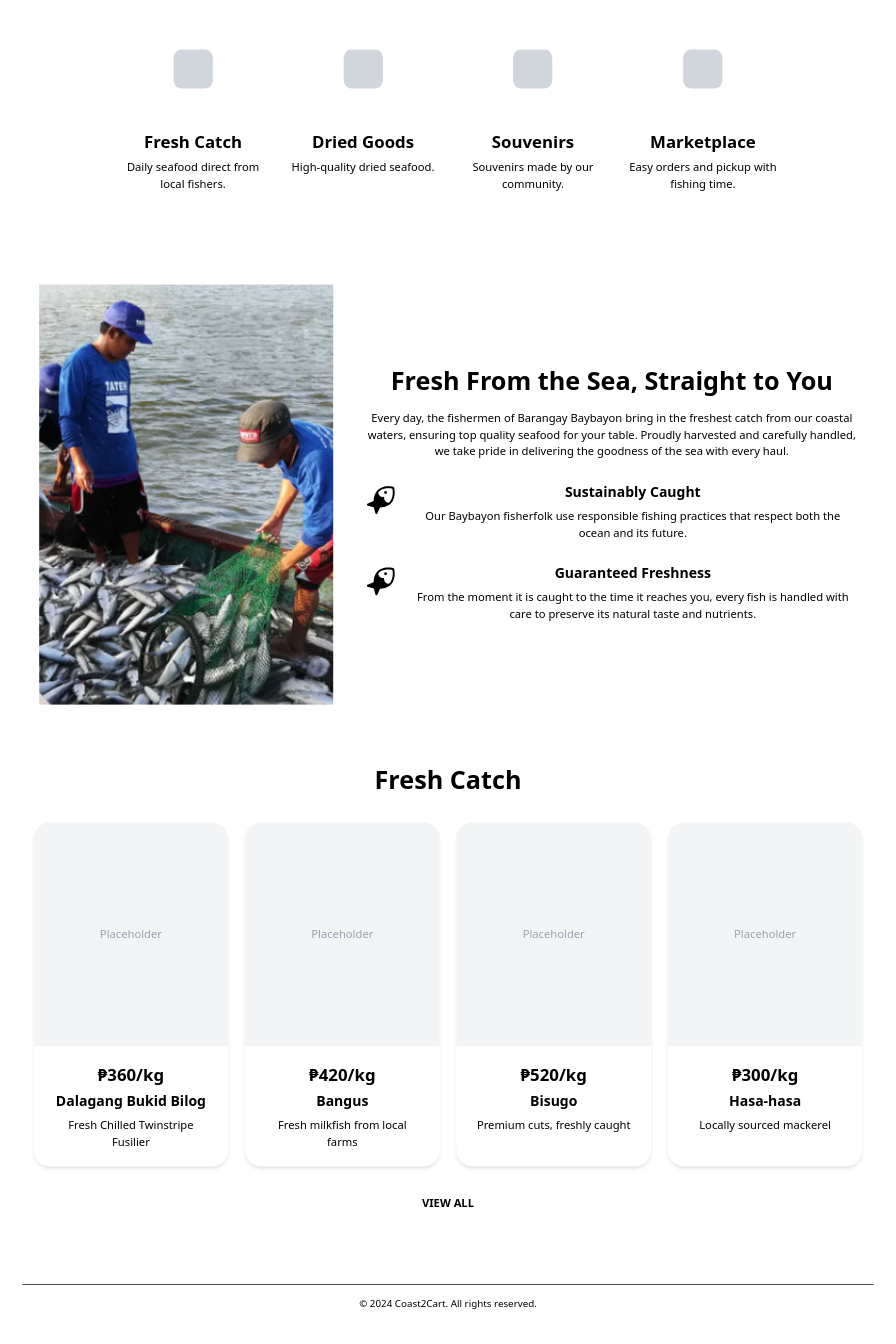
Repository: Coast2Card/coast2cart-frontend
Page: /
These files come from the project's save history. The page is drawn as it stood at one moment and after a run of saves; the edit follows.
The browser window is 1280 px wide. The pictures show the part of the page from y = 1041 to 2961 px (the page is 2961 px tall before and 2953 px after), at 70% of full size.
The project was rebuilt for these pictures with package versions that can differ from the ones it lists, and the page was loaded fresh each time. Also part of the build but not shown: vite.config.js, src/pages/Seafood.jsx, src/pages/Souvenirs.jsx, src/pages/About.jsx, src/pages/Cart.jsx, src/pages/Profile.jsx, src/pages/Colors.jsx.

Above is the page before, as saved 2025-09-08 14:03:37.

### index.html
<!DOCTYPE html>
<html lang="en" data-theme="coast2cart">
  <head>
    <meta charset="UTF-8" />
    <!-- <link rel="icon" type="image/svg+xml" href="/vite.svg" /> -->
    <meta name="viewport" content="width=device-width, initial-scale=1.0" />
    <title>Coast2Cart</title>
  </head>
  <body>
    <div id="root"></div>
    <script type="module" src="/src/main.jsx"></script>
  </body>
</html>

### src/App.jsx
import { Routes, Route } from "react-router-dom";
import Layout from "./components/Layout";
import Home from "./pages/Home";
import Seafood from "./pages/Seafood";
import Souvenirs from "./pages/Souvenirs";
import About from "./pages/About";
import Cart from "./pages/Cart";
import Profile from "./pages/Profile";
import Colors from "./pages/Colors";
import "./App.css";

function App() {
  return (
    <Routes>
      {/* Routes with shared layout */}
      <Route path="/" element={<Layout />}>
        <Route index element={<Home />} />
        <Route path="seafood" element={<Seafood />} />
        <Route path="souvenirs" element={<Souvenirs />} />
        <Route path="about" element={<About />} />
        <Route path="cart" element={<Cart />} />
        <Route path="profile" element={<Profile />} />
        <Route path="colors" element={<Colors />} />
      </Route>
    </Routes>
  );
}

export default App;

### src/components/Layout.jsx
import { Outlet } from "react-router-dom";
import Navbar from "./Navbar";

const Layout = () => {
  return (
    <div className="min-h-screen bg-base-200">
      {/* Navigation Header */}
      <Navbar />

      {/* Main Content */}
      <main className=" mx-auto  ">
        <Outlet />
      </main>

      {/* Footer */}
      <footer className="bg-base-100 border-t border-base-300 mt-auto">
        <div className="max-w-7xl mx-auto py-4 px-4 sm:px-6 lg:px-8">
          <p className="text-center text-base-content/70 text-sm">
            © 2024 Coast2Cart. All rights reserved.
          </p>
        </div>
      </footer>
    </div>
  );
};

export default Layout;

### src/pages/Home.jsx
import homeBanner from "../assets/images/home_banner.jpg";
import baybayonLogo from "../assets/logos/c2c_white_transparent.png";
import fish1 from "../assets/images/home_fish1.png";
import fish2 from "../assets/images/home_fish2.png";
import fish3 from "../assets/images/home_fish3.png";
import fish4 from "../assets/images/home_fish4.png";
import fish5 from "../assets/images/home_fish5.png";
import HomeFeatures from "../components/home/HomeFeatures";
import HomeFreshCatch from "../components/home/HomeFreshCatch";
import HomeGallery from "../components/home/HomeGallery";
const Home = () => {
  return (
    <main className="relative overflow-x-hidden">
      {/* Home Banner */}
      <section className="w-full h-135 sm:h-[70vh] md:h-185 relative">
        <img
          src={homeBanner}
          alt="Home Banner"
          className="w-full h-full object-cover relative z-4"
          onError={(e) => {
            console.log("Image failed to load:", homeBanner);
            e.target.style.display = "none";
          }}
          onLoad={() => console.log("Image loaded successfully:", homeBanner)}
        />

        <div className="absolute inset-0 bg-black opacity-60 z-10"></div>

        <div className="absolute inset-0 z-20 flex items-start py-20 justify-center">
          <div className="text-center text-white">
            <h1 className="text-xl sm:text-2xl  font-extrabold font-display mb-[-15px] sm:mb-[-30px] md:mb-[-35px] lg:mb-[-30px]">
              Sea the best of Baybayon, from
            </h1>
            <img
              className="w-6/8 max-w-120 sm:w-6/8 md:4/8 lg:3/8 md:max-w-170 h-auto mx-auto "
              src={baybayonLogo}
            />
            <button className="mt-0 sm:mt-[-10px] b-20 bg-secondary text-primary uppercase px-6 py-2 rounded-full text-md sm:text-lg font-semibold hover:bg-secondary/90 transition-colors">
              Shop Now
            </button>
          </div>
        </div>
      </section>
      <section className=" relative overflow-hidden w-[140vw] flex items-center justify-center gap-4 sm:gap-6 mb-25   z-30 -mt-51 md:-mt-75 lg:-mt-75 left-1/2 -translate-x-1/2">
        <img
          src={fish1}
          alt="Fish 1"
          className="min-w-20 h-40 md:w-65 md:h-75  object-cover rounded-2xl"
        />
        <img
          src={fish2}
          alt="Fish 2"
          className="min-w-35 h-55  md:w-80 md:h-85 object-cover rounded-2xl"
        />
        <img
          src={fish3}
          alt="Fish 3"
          className="min-w-46 h-70 md:w-95 md:h-100 object-cover rounded-2xl"
        />
        <img
          src={fish4}
          alt="Fish 4"
          className="min-w-35 h-55 md:w-80 md:h-85 object-cover rounded-2xl"
        />
        <img
          src={fish5}
          alt="Fish 5"
          className="min-w-20 h-40 md:w-65 md:h-75 object-cover rounded-2xl"
        />
      </section>
      <section className="max-w-8xl mx-auto p-4 flex flex-col">
        <HomeFeatures className="mb-25" />
        <HomeGallery />
        <HomeFreshCatch />
      </section>
    </main>
  );
};

export default Home;

### src/components/Navbar.jsx
import { Link, useLocation } from "react-router-dom";
import { useState } from "react";
import { navLinks } from "../data/navigation";
import c2cLogo from "../assets/logos/c2c_transparent.png";
import searchIcon from "../assets/icons/search.png";
import cartIcon from "../assets/icons/cart.png";
import profileIcon from "../assets/icons/profile.png";
import commentIcon from "../assets/icons/comment.png";
const Navbar = () => {
  const location = useLocation();
  const [isMobileMenuOpen, setIsMobileMenuOpen] = useState(false);

  const isActive = (path) => {
    return location.pathname === path;
  };

  const toggleMobileMenu = () => {
    setIsMobileMenuOpen(!isMobileMenuOpen);
  };

  const closeMobileMenu = () => {
    setIsMobileMenuOpen(false);
  };

  return (
    <nav className="bg-base-300 shadow-lg py-2 sticky top-0 z-50">
      <div className="mx-auto px-6 sm:px-6 lg:px-8">
        <div className="flex justify-between h-16">
          <div className="flex items-center">
            <Link to="/" className="flex-shrink-0">
              <img src={c2cLogo} alt="Coast2Cart" className="h-17" />
            </Link>
          </div>

          {/* Desktop Navigation */}
          <div className="hidden md:flex items-center space-x-8">
            {navLinks.map((link) => (
              <Link
                key={link.path}
                to={link.path}
                className={`px-3 py-2 rounded-md text-md font-bold transition-colors ${
                  isActive(link.path)
                    ? " text-accent after:content-[''] after:block after:w-full after:h-0.5 after:bg-accent after:rounded-full"
                    : "text-black hover:text-primary hover:bg-base-200"
                }`}
              >
                {link.label}
              </Link>
            ))}
          </div>

          {/* Desktop Icons - Hidden on mobile */}
          <div className="hidden md:flex items-center gap-4 lg:gap-6">
            <img
              src={searchIcon}
              alt="Search"
              className="h-5 w-5 lg:h-5.5 lg:w-5.5 hover:cursor-pointer hover:opacity-60 transition-opacity duration-300"
            />
            <img
              src={commentIcon}
              alt="Comment"
              className="h-5 w-5 lg:h-5.5 lg:w-5.5 hover:cursor-pointer hover:opacity-60 transition-opacity duration-300"
            />
            <img
              src={cartIcon}
              alt="Cart"
              className="h-5 w-5 lg:h-5.5 lg:w-5.5 hover:cursor-pointer hover:opacity-60 transition-opacity duration-300"
            />
            <img
              src={profileIcon}
              alt="Profile"
              className="h-5 w-5 lg:h-5.5 lg:w-5.5 hover:cursor-pointer hover:opacity-60 transition-opacity duration-300"
            />
          </div>

          {/* Mobile menu button */}
          <div className="md:hidden flex items-center">
            <button
              onClick={toggleMobileMenu}
              className="inline-flex items-center justify-center p-2 rounded-md text-base-content hover:text-primary hover:bg-base-200 focus:outline-none focus:ring-2 focus:ring-inset focus:ring-primary"
              aria-expanded="false"
            >
              <span className="sr-only">Open main menu</span>
              {!isMobileMenuOpen ? (
                <svg
                  className="block h-6 w-6"
                  xmlns="http://www.w3.org/2000/svg"
                  fill="none"
                  viewBox="0 0 24 24"
                  stroke="currentColor"
                  aria-hidden="true"
                >
                  <path
                    strokeLinecap="round"
                    strokeLinejoin="round"
                    strokeWidth="2"
                    d="M4 6h16M4 12h16M4 18h16"
                  />
                </svg>
              ) : (
                <svg
                  className="block h-6 w-6"
                  xmlns="http://www.w3.org/2000/svg"
                  fill="none"
                  viewBox="0 0 24 24"
                  stroke="currentColor"
                  aria-hidden="true"
                >
                  <path
                    strokeLinecap="round"
                    strokeLinejoin="round"
                    strokeWidth="2"
                    d="M6 18L18 6M6 6l12 12"
                  />
                </svg>
              )}
            </button>
          </div>
        </div>
      </div>

      {/* Mobile Navigation Menu */}
      <div className={`md:hidden ${isMobileMenuOpen ? "block" : "hidden"}`}>
        <div className="px-2 pt-2 pb-3 space-y-1 sm:px-3 bg-base-100 border-t border-base-300">
          {navLinks.map((link) => (
            <Link
              key={link.path}
              to={link.path}
              onClick={closeMobileMenu}
              className={`block px-3 py-2 rounded-md text-base font-medium transition-colors ${
                isActive(link.path)
                  ? "bg-primary text-primary-content"
                  : "text-base-content hover:text-primary hover:bg-base-200"
              }`}
            >
              {link.label}
            </Link>
          ))}

          {/* Mobile Icons */}
          <div className="flex items-center justify-center gap-6 pt-4 border-t border-base-300 mt-4">
            <img
              src={searchIcon}
              alt="Search"
              className="h-6 w-6 hover:cursor-pointer hover:opacity-60 transition-opacity duration-300"
            />
            <img
              src={commentIcon}
              alt="Comment"
              className="h-6 w-6 hover:cursor-pointer hover:opacity-60 transition-opacity duration-300"
            />
            <img
              src={cartIcon}
              alt="Cart"
              className="h-6 w-6 hover:cursor-pointer hover:opacity-60 transition-opacity duration-300"
            />
            <img
              src={profileIcon}
              alt="Profile"
              className="h-6 w-6 hover:cursor-pointer hover:opacity-60 transition-opacity duration-300"
            />
          </div>
        </div>
      </div>
    </nav>
  );
};

export default Navbar;

### src/components/home/HomeFeatures.jsx
import cartIcon from "../../assets/icons/cart.png";
import commentIcon from "../../assets/icons/comment.png";
import profileIcon from "../../assets/icons/profile.png";
import searchIcon from "../../assets/icons/search.png";

const features = [
  {
    icon: cartIcon,
    title: "Fresh Catch",
    description: "Daily seafood direct from local fishers.",
  },
  {
    icon: searchIcon,
    title: "Dried Goods",
    description: "High-quality dried seafood.",
  },
  {
    icon: commentIcon,
    title: "Souvenirs",
    description: "Souvenirs made by our community.",
  },
  {
    icon: profileIcon,
    title: "Marketplace",
    description: "Easy orders and pickup with fishing time.",
  },
];

const HomeFeatures = ({ className = "" }) => {
  return (
    <article className={` mx-auto w-full ${className}`}>
      <section className="grid grid-cols-1 sm:grid-cols-2 space-y-6 lg:grid-cols-4 gap-6 sm:w-[95%] lg:w-[90%] xl:w-[80%] mx-auto">
        {features.map((item, index) => (
          <div
            key={index}
            className="flex flex-col items-center justify-start gap-2"
          >
            <div className="bg-accent mb-2 p-11 sm:p-11 flex justify-center items-center rounded-full">
              <div className="bg-gray-300 rounded-xl p-1 h-14 w-14"></div>
            </div>
            <h3 className="text-2xl font-bold text-primary">{item.title}</h3>
            <h3 className="text-md text-center">{item.description}</h3>
          </div>
        ))}
      </section>
    </article>
  );
};

export default HomeFeatures;

### src/components/home/HomeFreshCatch.jsx
const freshCatchItems = [
  {
    id: 1,
    price: "₱360/kg",
    name: "Dalagang Bukid Bilog",
    description: "Fresh Chilled Twinstripe Fusilier",
    image: null,
  },
  {
    id: 2,
    price: "₱420/kg",
    name: "Bangus",
    description: "Fresh milkfish from local farms",
    image: null,
  },
  {
    id: 3,
    price: "₱520/kg",
    name: "Bisugo",
    description: "Premium cuts, freshly caught",
    image: null,
  },
  {
    id: 4,
    price: "₱300/kg",
    name: "Hasa-hasa",
    description: "Locally sourced mackerel",
    image: null,
  },
];

const HomeFreshCatch = ({ className = "" }) => {
  return (
    <div className={`flex flex-col text-center ${className}`}>
      <h1 className="text-4xl font-bold text-accent mb-10">Fresh Catch</h1>
      <section className="grid grid-cols-1 sm:grid-cols-2 xl:grid-cols-4  gap-6 mb-8">
        {freshCatchItems.map((item) => (
          <div
            key={item.id}
            className="flex flex-col shadow-md overflow-hidden rounded-3xl"
          >
            <div className="bg-gray-100 h-80 flex items-center justify-center text-gray-400">
              Placeholder
            </div>
            <div className="bg-white p-6  flex flex-col gap-2 text-center items-center justify-center">
              <h3 className="text-success text-2xl font-bold">{item.price}</h3>
              <h3 className="text-black font-bold text-xl">{item.name}</h3>
              <p className="text-md">{item.description}</p>
            </div>
          </div>
        ))}
      </section>
      <div className="mb-20">
        <button className="bg-secondary text-primary uppercase px-6 py-2 rounded-full text-md font-semibold hover:bg-secondary/90 transition-colors">
          View All
        </button>
      </div>
    </div>
  );
};

export default HomeFreshCatch;

### src/components/home/HomeGallery.jsx
import React from "react";
import homeGallery1 from "../../assets/images/home_gallery1.png";
import FishIcon from "../icons/FishIcon";
const HomeGallery = () => {
  return (
    <div className="w-full flex flex-col sm:flex-row gap-9 lg:gap-12 p-2 mb-20 items-center justify-center mx-auto max-w-7xl  ">
      <div className="flex flex-1 min-w-75 sm:h-150 md:min-w-105  w-full md:h-150 bg-blue-100 ">
        <img src={homeGallery1} className="w-full h-full object-cover  " />
      </div>
      <div className=" flex flex-col min-w-20 max-w-200  gap-4 justify-center">
        <h2 className="font-bold text-3xl lg:text-4xl text-primary mb-1">
          Fresh From the Sea, Straight to You
        </h2>
        <p className="text-md mb-4">
          Every day, the fishermen of Barangay Baybayon bring in the freshest
          catch from our coastal waters, ensuring top quality seafood for your
          table. Proudly harvested and carefully handled, we take pride in
          delivering the goodness of the sea with every haul.
        </p>
        <div className="flex items-start gap-4 text-primary mb-4">
          <div className="max-h-22 min-w-11 font-bold pt-0.5">
            <FishIcon />
          </div>
          <div className="flex flex-col">
            <h3 className="font-bold text-xl mb-2">Sustainably Caught</h3>
            <p className="text-black">
              Our Baybayon fisherfolk use responsible fishing practices that
              respect both the ocean and its future.
            </p>
          </div>
        </div>
        <div className="flex items-start gap-4 text-primary">
          <div className="max-h-22 min-w-11 font-bold pt-0.5">
            <FishIcon />
          </div>
          <div className="flex flex-col">
            <h3 className="font-bold text-xl mb-2">Guaranteed Freshness</h3>
            <p className="text-black">
              From the moment it is caught to the time it reaches you, every
              fish is handled with care to preserve its natural taste and
              nutrients.
            </p>
          </div>
        </div>
      </div>
    </div>
  );
};

export default HomeGallery;

### src/data/navigation.js
// Navigation links data
export const navLinks = [
  { path: "/", label: "Home" },
  { path: "/seafood", label: "Seafood" },
  { path: "/souvenirs", label: "Souvenirs" },
  { path: "/about", label: "About" },
  // { path: "/cart", label: "Cart" },
  // { path: "/profile", label: "Profile" },
  // { path: "/colors", label: "Colors" },
];

### src/components/icons/FishIcon.jsx
import React from "react";

const FishIcon = () => {
  return (
    <div>
      <svg
        xmlns="http://www.w3.org/2000/svg"
        viewBox="0 0 256 256"
        className="text-primary fill-primary"
      >
        <rect width="256" height="256" fill="none" />
        <path d="M168,76a12,12,0,1,1-12-12A12,12,0,0,1,168,76Zm48.72,67.64c-19.37,34.9-55.44,53.76-107.24,56.1l-22,51.41A8,8,0,0,1,80.1,256l-.51,0a8,8,0,0,1-7.19-5.78L57.6,198.39,5.8,183.56a8,8,0,0,1-1-15.05l51.41-22c2.35-51.78,21.21-87.84,56.09-107.22,24.75-13.74,52.74-15.84,71.88-15.18,18.64.64,36,4.27,38.86,6a8,8,0,0,1,2.83,2.83c1.69,2.85,5.33,20.21,6,38.85C232.55,90.89,230.46,118.89,216.72,143.64Zm-4.3-100.07c-14.15-3-64.1-11-100.3,14.75a81.21,81.21,0,0,0-16,15.07,36,36,0,0,0,39.35,38.44,8,8,0,0,1,8.73,8.73,36,36,0,0,0,38.47,39.34,80.81,80.81,0,0,0,15-16C223.42,107.73,215.42,57.74,212.42,43.57Z" />
      </svg>
    </div>
  );
};

export default FishIcon;

Loaded but not shown: src/main.jsx (common file); src/index.css (common file); src/App.css (common file)

After the next 2 saves:
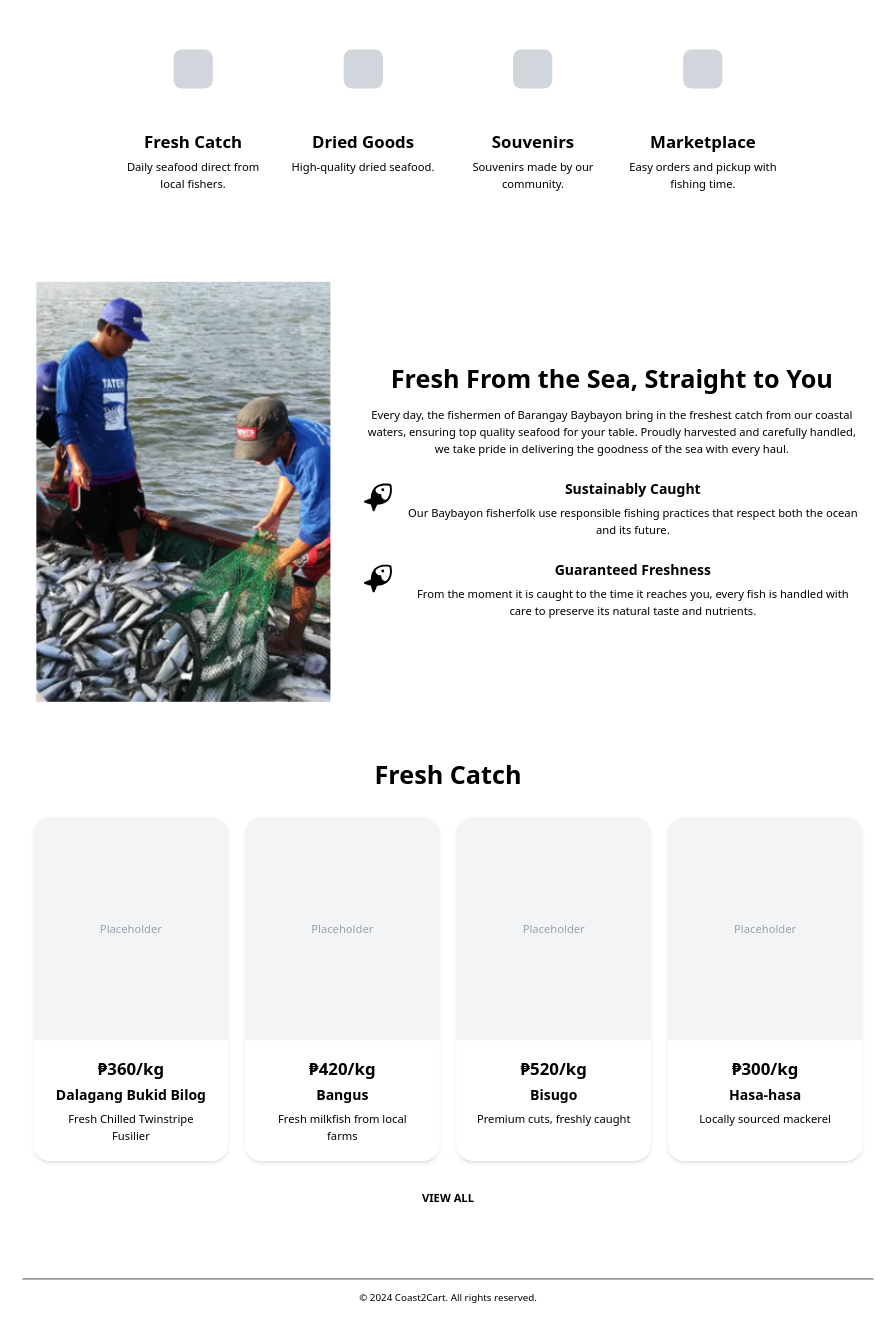
The 2 saves are shown as one change because they came seconds apart.
The last was saved 11 s later.
--- a/src/components/home/HomeGallery.jsx
+++ b/src/components/home/HomeGallery.jsx
@@ -3,7 +3,7 @@ import homeGallery1 from "../../assets/images/home_gallery1.png";
 import FishIcon from "../icons/FishIcon";
 const HomeGallery = () => {
   return (
-    <div className="w-full flex flex-col sm:flex-row gap-9 lg:gap-12 p-2 mb-20 items-center justify-center mx-auto max-w-7xl  ">
+    <div className="w-full flex flex-col sm:flex-row gap-9 lg:gap-12 p-1 mb-20 items-center justify-center mx-auto max-w-7xl  ">
       <div className="flex flex-1 min-w-75 sm:h-150 md:min-w-105  w-full md:h-150 bg-blue-100 ">
         <img src={homeGallery1} className="w-full h-full object-cover  " />
       </div>
